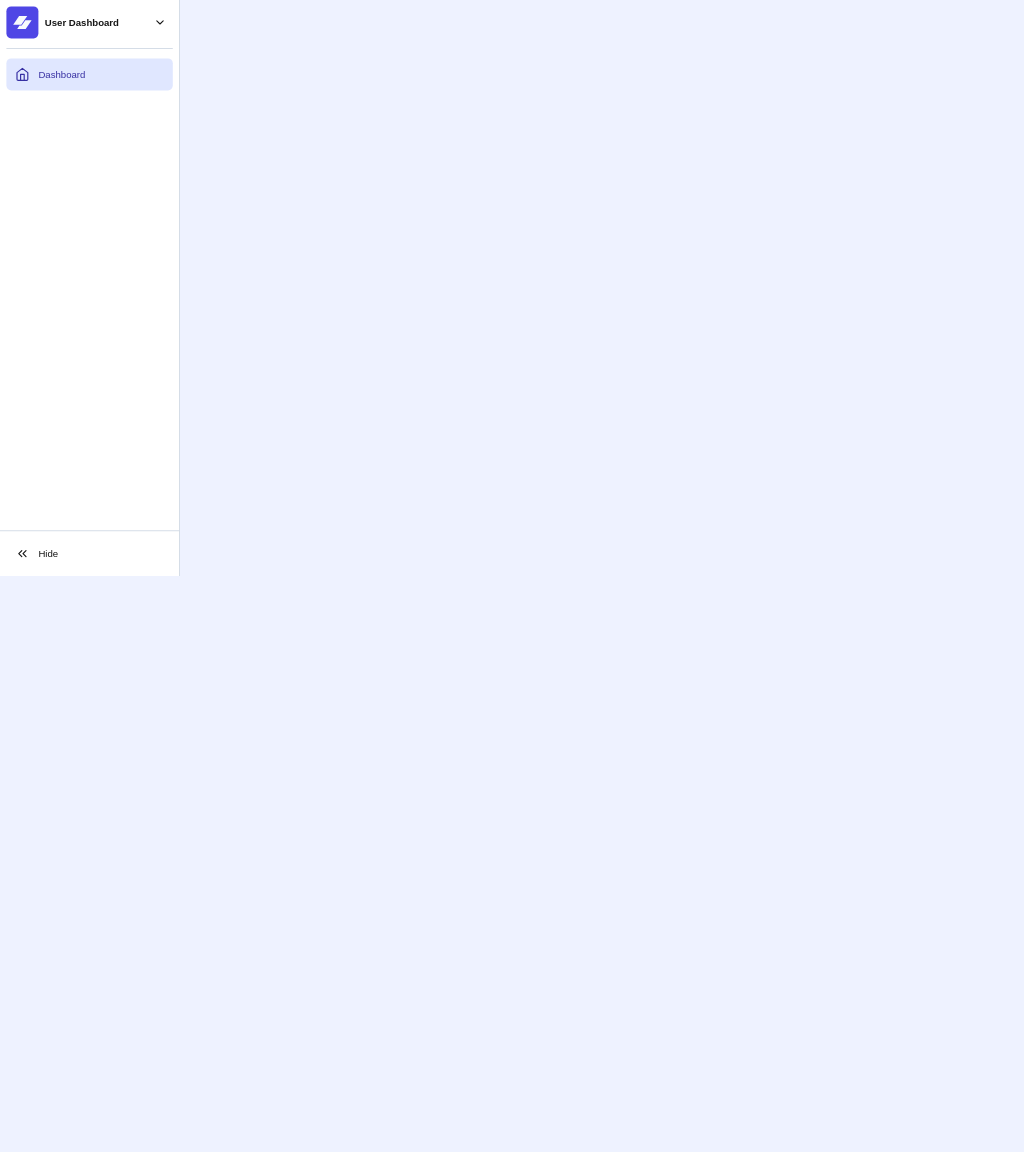
Repository: Ademaulana100499/userdashboard
Page: /
These files come from the project's save history. The page is drawn as it stood at one moment and after the next save; the edit follows.
The browser window is 1280 px wide. The pictures show the whole page, at 80% of full size.
The project was rebuilt for these pictures with package versions that can differ from the ones it lists, and the page was loaded fresh each time. The framework's server and built-in components were replaced by stand-ins that run in the browser. Also part of the build but not shown: next.config.mjs.

Above is the page before, as saved 2025-02-14 17:41:00.

### src/pages/index.js
import React, { useState } from "react";
import {
  FiBarChart,
  FiChevronDown,
  FiChevronsRight,
  FiDollarSign,
  FiHome,
  FiMonitor,
  FiShoppingCart,
  FiTag,
  FiUsers,
} from "react-icons/fi";
import { motion } from "framer-motion";

const Dashboard = () => {
  return (
    <div className="flex bg-indigo-50">
      <Sidebar />
      <DashboardContent />
    </div>
  );
};

export default Dashboard;
const Sidebar = () => {
  const [open, setOpen] = useState(true);
  const [selected, setSelected] = useState("Dashboard");

  return (
    <motion.nav
      layout
      className="sticky top-0 h-screen shrink-0 border-r border-slate-300 bg-white p-2"
      style={{
        width: open ? "225px" : "fit-content",
      }}>
      <TitleSection open={open} />

      <div className="space-y-1">
        <Option
          Icon={FiHome}
          title="Dashboard"
          selected={selected}
          setSelected={setSelected}
          open={open}
        />
      </div>

      <ToggleClose open={open} setOpen={setOpen} />
    </motion.nav>
  );
};

const Option = ({ Icon, title, selected, setSelected, open, notifs }) => {
  return (
    <motion.button
      layout
      onClick={() => setSelected(title)}
      className={`relative flex h-10 w-full items-center rounded-md transition-colors ${
        selected === title
          ? "bg-indigo-100 text-indigo-800"
          : "text-slate-500 hover:bg-slate-100"
      }`}>
      <motion.div
        layout
        className="grid h-full w-10 place-content-center text-lg">
        <Icon />
      </motion.div>
      {open && (
        <motion.span
          layout
          initial={{ opacity: 0, y: 12 }}
          animate={{ opacity: 1, y: 0 }}
          transition={{ delay: 0.125 }}
          className="text-xs font-medium">
          {title}
        </motion.span>
      )}

      {notifs && open && (
        <motion.span
          initial={{ scale: 0, opacity: 0 }}
          animate={{
            opacity: 1,
            scale: 1,
          }}
          style={{ y: "-50%" }}
          transition={{ delay: 0.5 }}
          className="absolute right-2 top-1/2 size-4 rounded bg-indigo-500 text-xs text-white">
          {notifs}
        </motion.span>
      )}
    </motion.button>
  );
};

const TitleSection = ({ open }) => {
  return (
    <div className="mb-3 border-b border-slate-300 pb-3">
      <div className="flex cursor-pointer items-center justify-between rounded-md transition-colors hover:bg-slate-100">
        <div className="flex items-center gap-2">
          <Logo />
          {open && (
            <motion.div
              layout
              initial={{ opacity: 0, y: 12 }}
              animate={{ opacity: 1, y: 0 }}
              transition={{ delay: 0.125 }}>
              <span className="block text-xs font-semibold">
                User Dashboard
              </span>
            </motion.div>
          )}
        </div>
        {open && <FiChevronDown className="mr-2" />}
      </div>
    </div>
  );
};

const Logo = () => {
  return (
    <motion.div
      layout
      className="grid size-10 shrink-0 place-content-center rounded-md bg-indigo-600">
      <svg
        width="24"
        height="auto"
        viewBox="0 0 50 39"
        fill="none"
        xmlns="https://static.vecteezy.com/system/resources/previews/005/129/844/non_2x/profile-user-icon-isolated-on-white-background-eps10-free-vector.jpg"
        className="fill-slate-50">
        <path
          d="M16.4992 2H37.5808L22.0816 24.9729H1L16.4992 2Z"
          stopColor="#000000"></path>
        <path
          d="M17.4224 27.102L11.4192 36H33.5008L49 13.0271H32.7024L23.2064 27.102H17.4224Z"
          stopColor="#000000"></path>
      </svg>
    </motion.div>
  );
};

const ToggleClose = ({ open, setOpen }) => {
  return (
    <motion.button
      layout
      onClick={() => setOpen((pv) => !pv)}
      className="absolute bottom-0 left-0 right-0 border-t border-slate-300 transition-colors hover:bg-slate-100">
      <div className="flex items-center p-2">
        <motion.div
          layout
          className="grid size-10 place-content-center text-lg">
          <FiChevronsRight
            className={`transition-transform ${open && "rotate-180"}`}
          />
        </motion.div>
        {open && (
          <motion.span
            layout
            initial={{ opacity: 0, y: 12 }}
            animate={{ opacity: 1, y: 0 }}
            transition={{ delay: 0.125 }}
            className="text-xs font-medium">
            Hide
          </motion.span>
        )}
      </div>
    </motion.button>
  );
};

const DashboardContent = () => <div className="h-[200vh] w-full"></div>;

Loaded but not shown: src/pages/_app.js (common file); src/pages/_document.js (common file); src/styles/globals.css (common file); tailwind.config.mjs (common file)

After the next save:
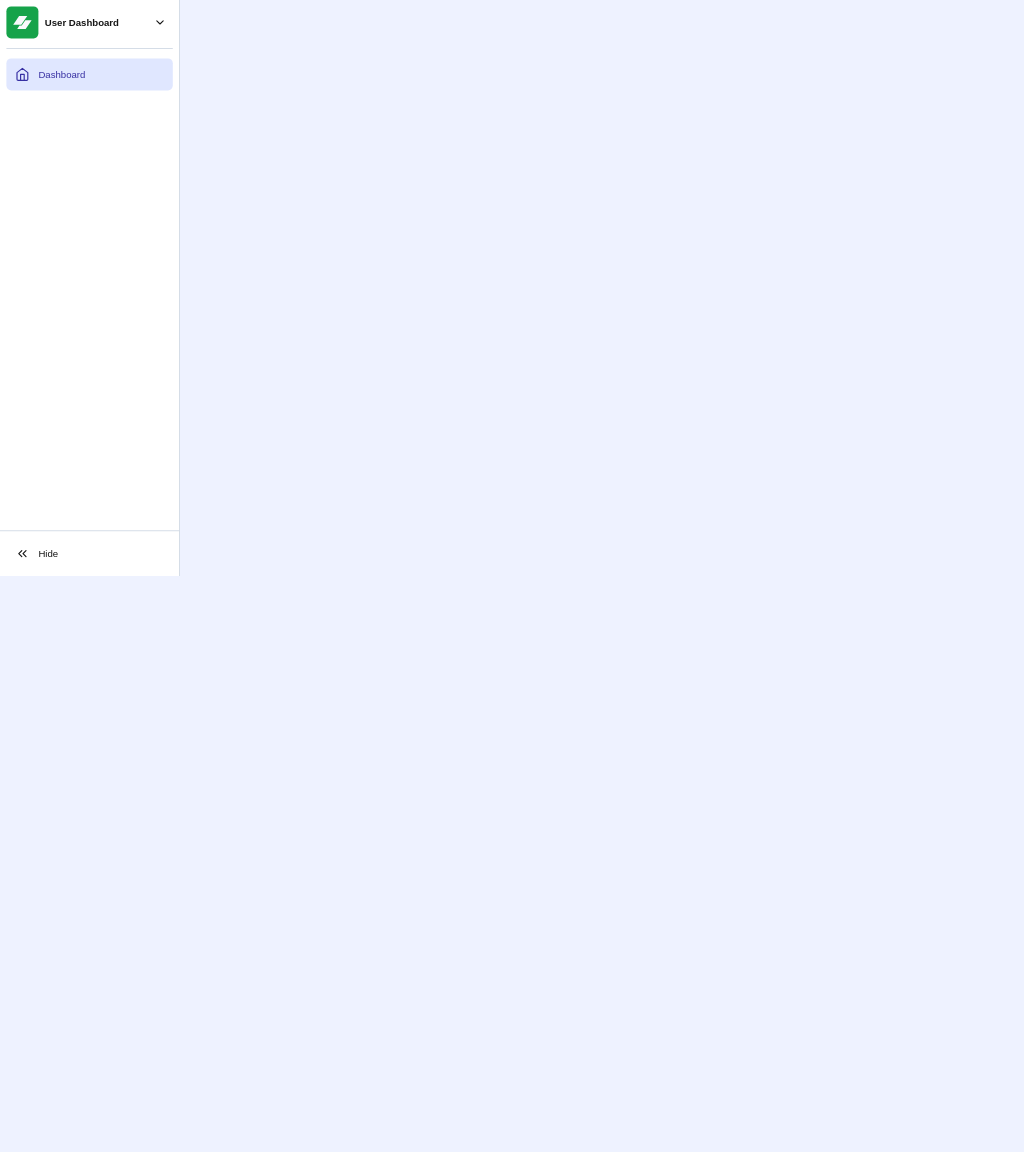
Saved 33 s later.
--- a/src/pages/index.js
+++ b/src/pages/index.js
@@ -121,7 +121,7 @@
   return (
     <motion.div
       layout
-      className="grid size-10 shrink-0 place-content-center rounded-md bg-indigo-600">
+      className="grid size-10 shrink-0 place-content-center rounded-md bg-green-600">
       <svg
         width="24"
         height="auto"

After the save that followed:
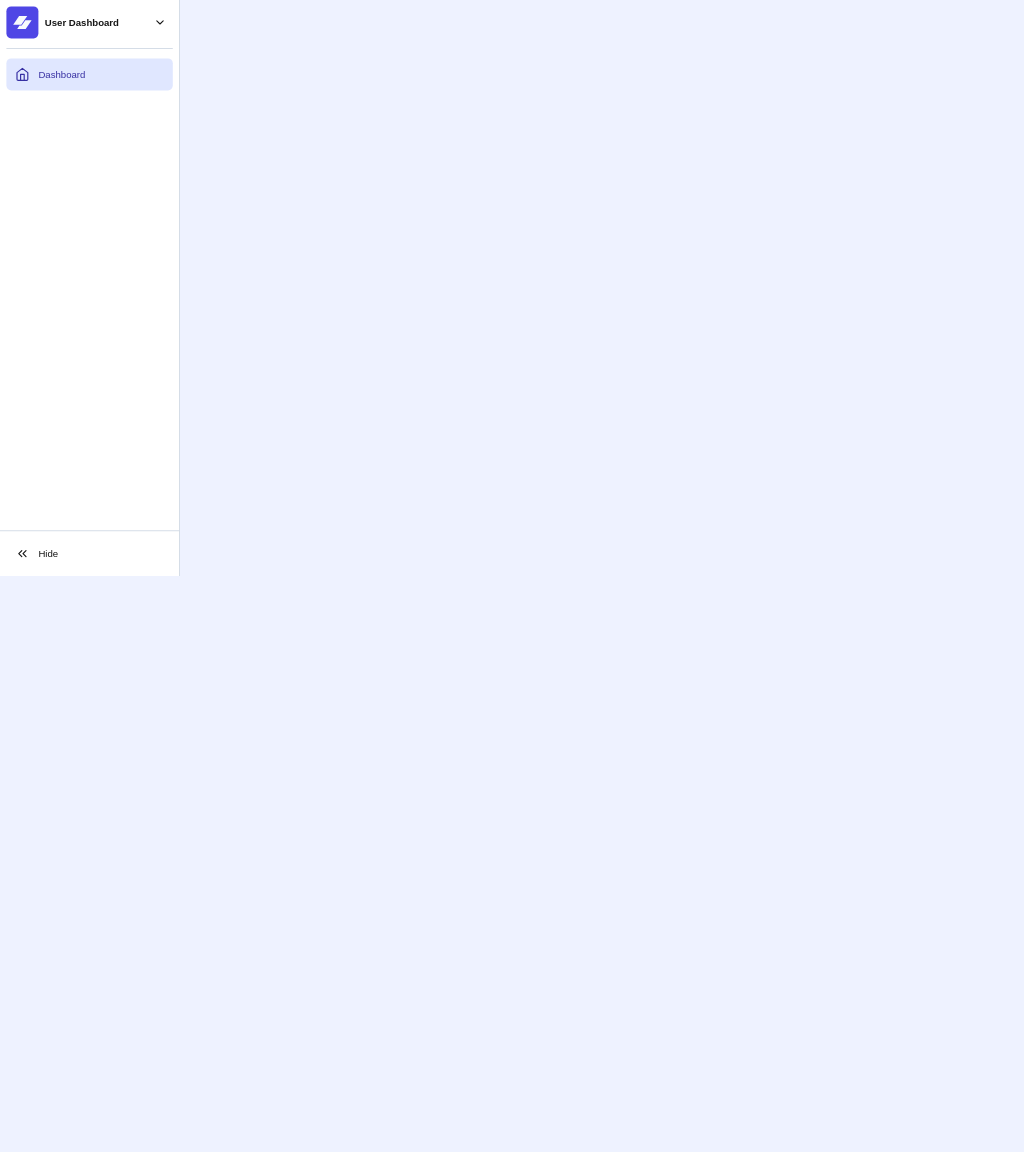
Saved 13 s later.
--- a/src/pages/index.js
+++ b/src/pages/index.js
@@ -121,7 +121,7 @@
   return (
     <motion.div
       layout
-      className="grid size-10 shrink-0 place-content-center rounded-md bg-green-600">
+      className="grid size-10 shrink-0 place-content-center rounded-md bg-indigo-600">
       <svg
         width="24"
         height="auto"
